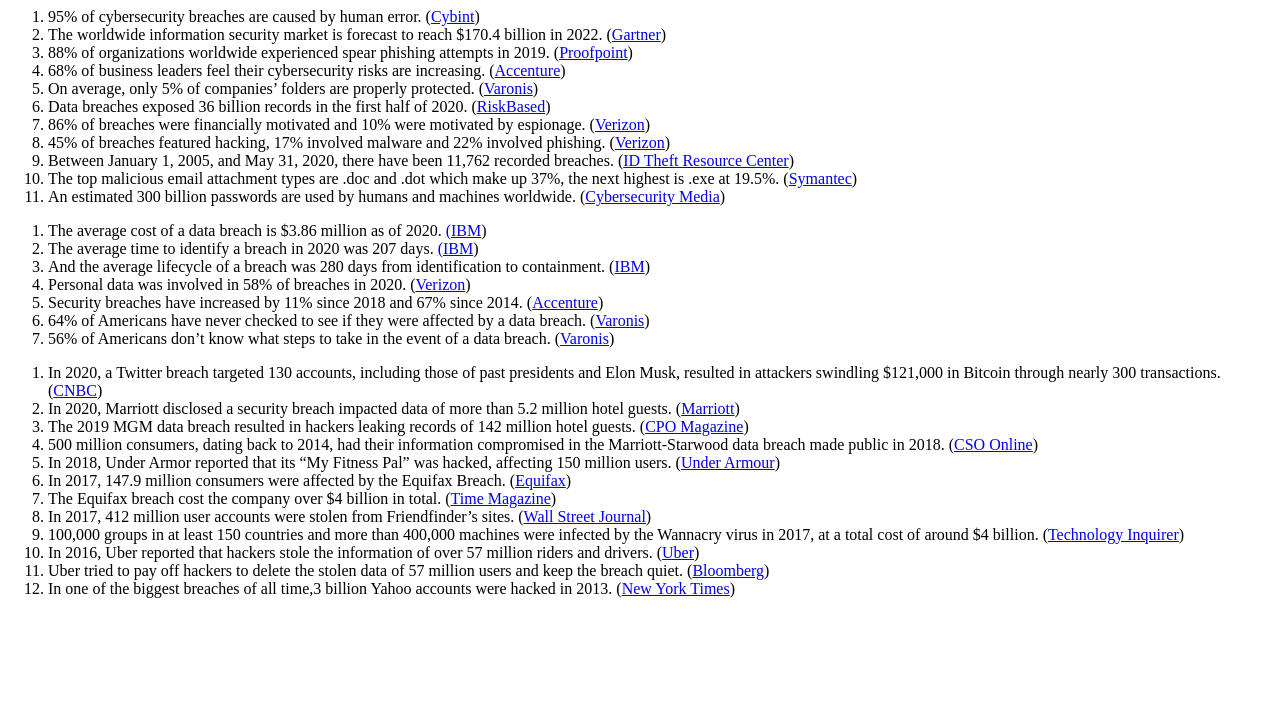
Repository: AniruddhAnand/zero_day_shield
Page: assets/data/facts.html
These files come from the project's save history. The page is drawn as it stood at one moment and after a run of saves; the edit follows.
The browser window is 1280 px wide. The pictures show the whole page.

Above is the page before, as saved 2021-07-10 15:05:34.

After the next 4 saves:
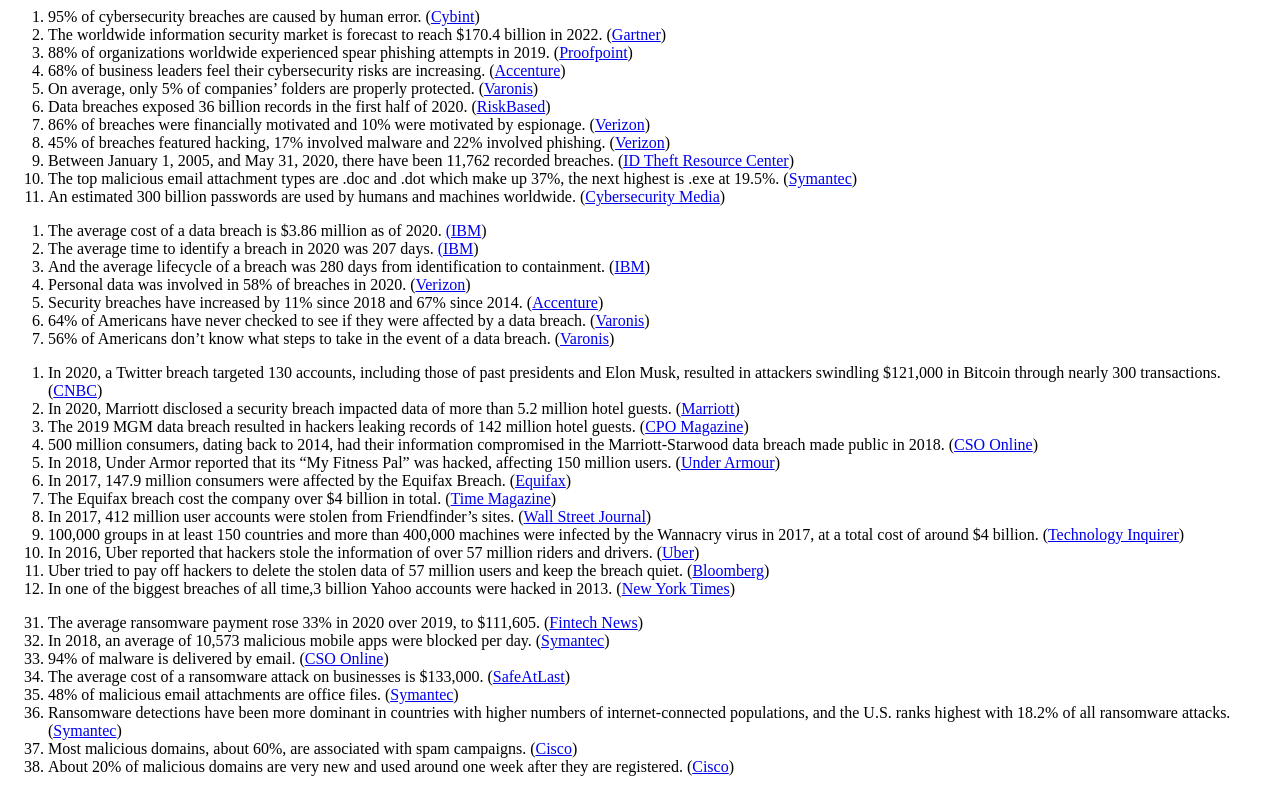
The 4 saves are shown as one change because they came seconds apart.
The last was saved 30 s later.
--- a/assets/data/facts.html
+++ b/assets/data/facts.html
@@ -103,6 +103,33 @@
                 href="https://www.nytimes.com/2017/10/03/technology/yahoo-hack-3-billion-users.html" target="_blank"
                 rel="noopener noreferrer">New York Times</a>)</li>
     </ol>
+    <ol start="31">
+        <li aria-level="1">The average ransomware payment rose 33% in 2020 over 2019, to $111,605. (<a
+                href="https://www.fintechnews.org/the-2020-cybersecurity-stats-you-need-to-know/" target="_blank"
+                rel="noopener noreferrer">Fintech News</a>)</li>
+        <li aria-level="1">In 2018, an average of 10,573 malicious mobile apps were blocked per day. (<a
+                href="https://www.symantec.com/security-center/threat-report" target="_blank"
+                rel="noopener noreferrer">Symantec</a>)</li>
+        <li aria-level="1"> 94% of malware is delivered by email. (<a
+                href="https://www.csoonline.com/article/3153707/top-cybersecurity-facts-figures-and-statistics.html"
+                target="_blank" rel="noopener noreferrer">CSO Online</a>)</li>
+        <li aria-level="1">The average cost of a ransomware attack on businesses is $133,000. (<a
+                href="https://safeatlast.co/blog/ransomware-statistics/" target="_blank"
+                rel="noopener noreferrer">SafeAtLast</a>)</li>
+        <li aria-level="1">48% of malicious email attachments are office files. (<a
+                href="https://www.symantec.com/security-center/threat-report" target="_blank"
+                rel="noopener noreferrer">Symantec</a>)</li>
+        <li aria-level="1">Ransomware detections have been more dominant in countries with higher numbers of
+            internet-connected populations, and the U.S. ranks highest with 18.2% of all ransomware attacks. (<a
+                href="http://images.mktgassets.symantec.com/Web/Symantec/%7B3a70beb8-c55d-4516-98ed-1d0818a42661%7D_ISTR23_Main-FINAL-APR10.pdf?"
+                target="_blank" rel="noopener noreferrer">Symantec</a>)</li>
+        <li aria-level="1">Most malicious domains, about 60%, are associated with spam campaigns. (<a
+                href="https://www.cisco.com/c/en/us/products/security/security-reports.html#~stickynav=2"
+                target="_blank" rel="noopener noreferrer">Cisco</a>)</li>
+        <li aria-level="1">About 20% of malicious domains are very new and used around one week after they are
+            registered. (<a href="https://www.cisco.com/c/dam/m/digital/elq-cmcglobal/witb/acr2018/acr2018final.pdf?"
+                target="_blank" rel="noopener noreferrer">Cisco</a>)</li>
+    </ol>
 </body>
 
 </html>
